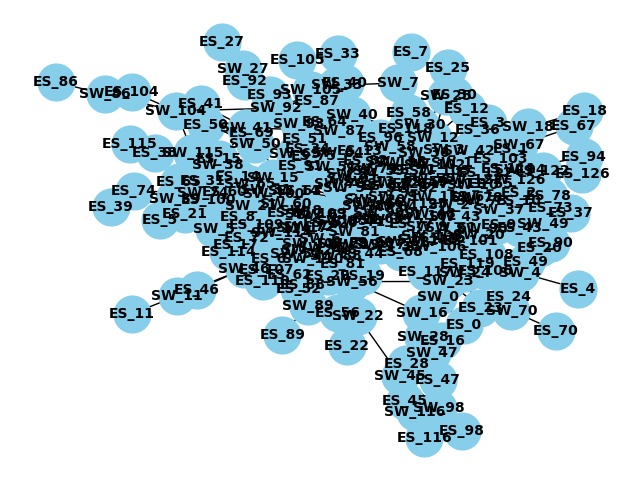
Repository: ilfuma88/NES64
Script's output: python graph.py
These files come from the project's save history. The script's output is drawn as it stood at one moment and after the next save; the edit follows.
Random numbers start from a fixed seed.

Above is the script's output before, as saved 2024-10-06 19:04:36.

After the next save:
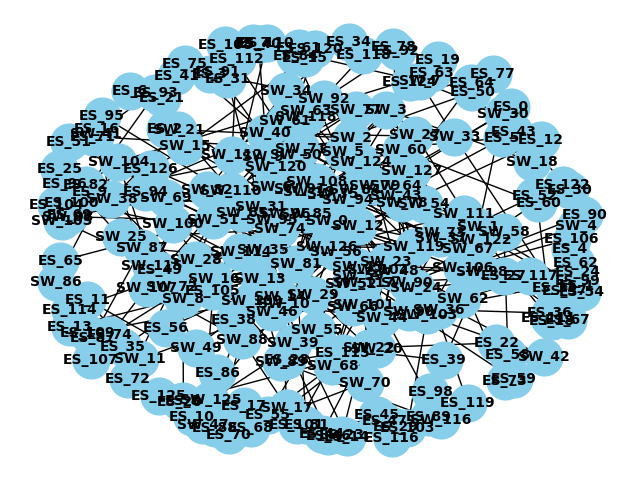
Saved 93 s later.
--- a/graph.py
+++ b/graph.py
@@ -27,6 +27,6 @@ G.add_nodes_from(nodes)
 G.add_edges_from(edges)
 
 # Step 5: Visualize the graph
-pos = nx.spring_layout(G)  # positions for all nodes
+pos = nx.spring_layout(G, k=0.5)  # Increase k to make nodes more distant
 nx.draw(G, pos, with_labels=True, node_size=700, node_color='skyblue', font_size=10, font_weight='bold')
 plt.show()
